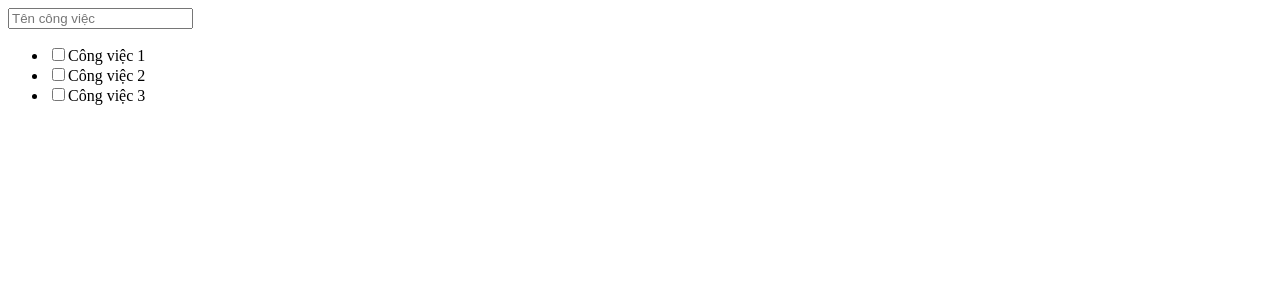
Repository: hungtuan/reactjs-k4-fullstack
Page: / (app in react02/)
An editor plug-in stored every save of this project. The page is shown before and after the next save, followed by the edit.
The browser window is 1280 px wide. The pictures show the whole page.
The project was rebuilt for these pictures with package versions that can differ from the ones it lists, and the page was loaded fresh each time. Also part of the build but not shown: react02/vite.config.js.

Above is the page before, as saved 2023-11-14 22:20:33.

After the next save:
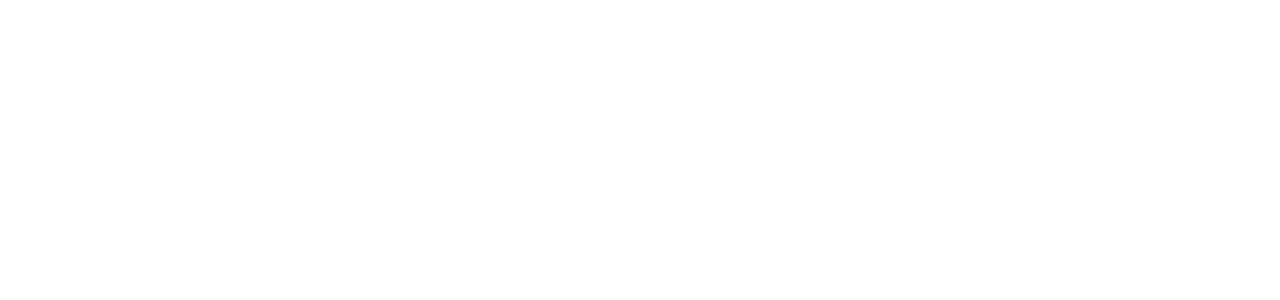
Console error: TypeError: props.handleGetTodo is not a function
Saved 39 s later.
--- a/react02/src/components/Todo/Todolist.jsx
+++ b/react02/src/components/Todo/Todolist.jsx
@@ -1,7 +1,7 @@
 import React from "react";
 
 const Todolist = (props) => {
-  console.log(props);
+  console.log(props.handleGetTodo());
   return (
     <ul>
       <li>

After the 3 saves that followed:
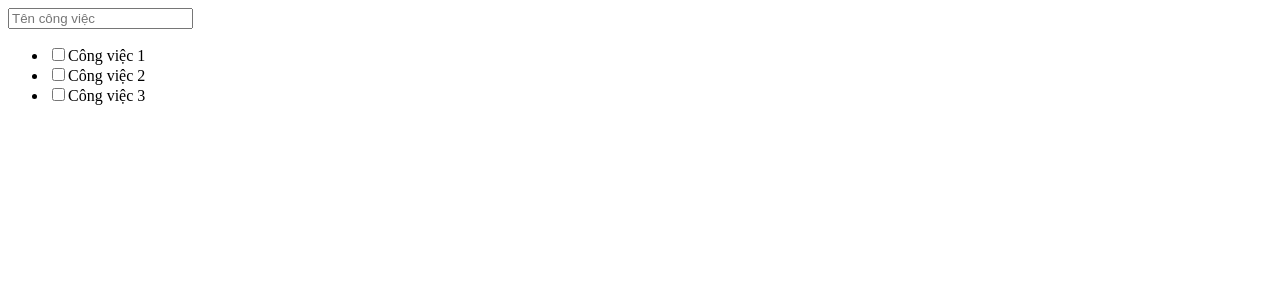
The error is gone.
The 3 saves are shown as one change because 2 left the picture as it was.
The last was saved 2 min 39 s later.
--- a/react02/src/components/Todo/Todo.jsx
+++ b/react02/src/components/Todo/Todo.jsx
@@ -1,11 +1,14 @@
-import React from "react";
+import React, { useState } from "react";
 import TodoForm from "./TodoForm";
 import Todolist from "./Todolist";
 
 const Todo = () => {
+  const [todo, setTodo] = useState({
+    name: "",
+  });
   // Handle
   const handleGetTodo = (name) => {
-    return name;
+    setName({ ...todo, name: name });
   };
 
   return (
--- a/react02/src/components/Todo/Todolist.jsx
+++ b/react02/src/components/Todo/Todolist.jsx
@@ -1,7 +1,6 @@
 import React from "react";
 
 const Todolist = (props) => {
-  console.log(props.handleGetTodo());
   return (
     <ul>
       <li>
